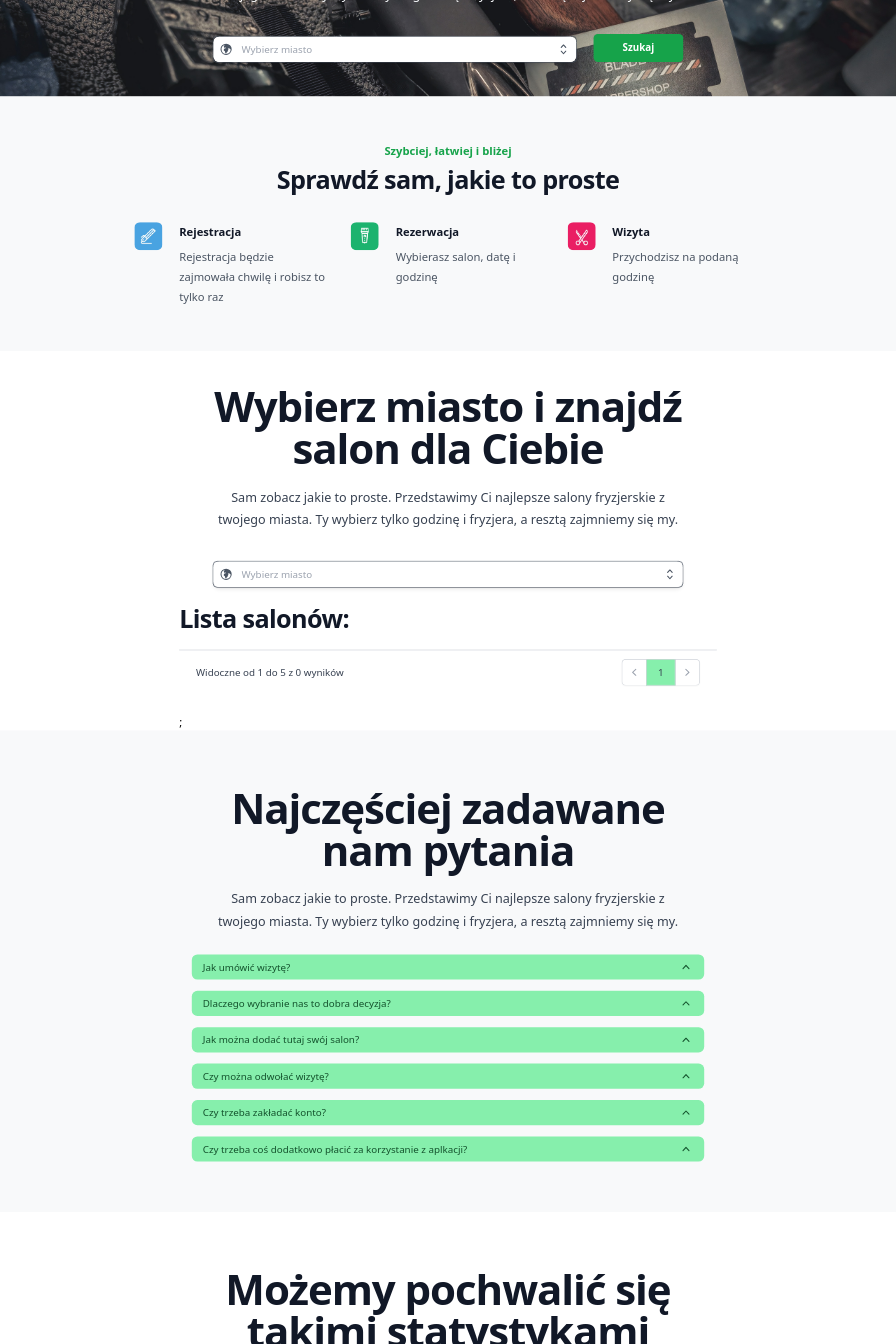
Repository: PrzemyslawJura/my-app
Page: / (app in frontend/)
The author's editor kept a copy of each file at every save. The page is drawn from the files as they stood at one save, then again after the next save.
The browser window is 1280 px wide. The pictures show the part of the page from y = 328 to 2248 px (the page is 2721 px tall), at 70% of full size.
The page's requests for data from a server got no answer. The project was rebuilt for these pictures with package versions that can differ from the ones it lists, and the page was loaded fresh each time. No one was signed in, and anything a server would have sent is missing. Also part of the build but not shown: frontend/src/home/Listbox.jsx, frontend/src/home/StepOne.jsx, frontend/src/home/StepTwo.jsx, frontend/src/home/SalonOffer.jsx, frontend/src/components/Calendar.jsx, frontend/src/components/Tabs.jsx, frontend/src/biznes/CalendarOfWork.jsx, frontend/src/components/CarouselDefault.jsx and 15 more.

Above is the page before, as saved 2023-11-21 19:46:04.

### frontend/src/index.css
@tailwind base;
html {
  scroll-behavior: smooth;
}

@tailwind components;
@tailwind utilities;

### frontend/src/core/App.jsx
import BrowserRoutes from "./BrowserRoutes"
import FooterWithLogo from "./Footer"
import NavbarBiznes from "./NavbarBiznes";
import NavbarHome from "./NavbarHome";



export default function App() {
  let navigationBar = <NavbarHome/>
  function userIsLogin(user)
  {
    if (user == true) navigationBar = <NavbarBiznes/>
    else navigationBar = <NavbarHome/>
  }
  return (
    <>
      {userIsLogin(false)}
      {navigationBar}
      <BrowserRoutes/>
      <FooterWithLogo/>
    </>
  )
}

### frontend/src/core/BrowserRoutes.jsx
import Home from "../home/Home"
import CalendarOfWork from "../biznes/CalendarOfWork"
import SalonPage from "../biznes/SalonPage"
import Workers from "../biznes/Workers"
import Services from "../biznes/Services"
import { Route, Routes } from "react-router-dom"
import NavbarBiznes from "./NavbarBiznes"

export default function BrowserRoutes() {
  return (
      <Routes>
        <Route path="/" element={<Home/>}/>
        <Route path="/stronasalonu" element={<SalonPage/>}/>
        <Route path="/pracownicy" element={<Workers/>}/>
        <Route path="/kalendarz" element={<CalendarOfWork/>}/>
        <Route path="/oferta" element={<Services/>}/>
      </Routes>
  )
}

### frontend/src/core/Footer.jsx
import { Typography } from "@material-tailwind/react";

export default function FooterWithLogo() {
  return (
    <footer id="footer" className="w-full p-8 bg-slate-100">
      <div className="flex flex-row flex-wrap items-center justify-center gap-y-6 gap-x-12 text-center md:justify-between">
      <img
        className="h-8 w-auto"
        src="https://tailwindui.com/img/logos/mark.svg?color=green&shade=600"
        alt=""
      />
        <ul className="flex flex-wrap items-center gap-y-2 gap-x-8">
          <li>
            <Typography
              as="a"
              href="#"
              color="blue-gray"
              className="font-normal transition-colors hover:text-blue-500 focus:text-blue-500"
            >
              About Us
            </Typography>
          </li>
          <li>
            <Typography
              as="a"
              href="#"
              color="blue-gray"
              className="font-normal transition-colors hover:text-blue-500 focus:text-blue-500"
            >
              License
            </Typography>
          </li>
          <li>
            <Typography
              as="a"
              href="#"
              color="blue-gray"
              className="font-normal transition-colors hover:text-blue-500 focus:text-blue-500"
            >
              Contribute
            </Typography>
          </li>
          <li>
            <Typography
              as="a"
              href="#"
              color="blue-gray"
              className="font-normal transition-colors hover:text-blue-500 focus:text-blue-500"
            >
              Contact Us
            </Typography>
          </li>
        </ul>
      </div>
      <hr className="my-8 border-blue-gray-50" />
      <Typography color="blue-gray" className="text-center font-normal">
        &copy; 2023 Material Tailwind
      </Typography>
    </footer>
  );
}

### frontend/src/core/NavbarHome.jsx
import { useState } from 'react'
import { Dialog } from '@headlessui/react'
import { Bars3Icon, XMarkIcon } from '@heroicons/react/24/outline'
import Login from '../home/Login'
import ForgetPass from '../home/ForgetPass'
import SigninChose from '../home/SigninChose'
import SigninPerson from '../home/SigninPerson'
import SigninBiznes from '../home/Signinbiznes'


const navigation = [
    { name: 'Strona główna', href: '#' },
    { name: 'Nasze salony', href: '#salons' },
    { name: 'Kontakt', href: '#footer' }
  ]

export default function NavbarHome() {
    const [mobileMenuOpen, setMobileMenuOpen] = useState(false)
    const [isShown, setIsShown] = useState(0);

    return (
<header className="absolute inset-x-0 top-0 z-50">
<nav className="flex items-center justify-between p-6 lg:px-8" aria-label="Global">
  <div className="flex lg:flex-1">
    <a href="#" className="-m-1.5 p-1.5">
      <span className="sr-only">Logo</span>
      <img
        className="h-8 w-auto"
        src="https://tailwindui.com/img/logos/mark.svg?color=green&shade=600"
        alt=""
      />
    </a>
  </div>
  <div className="flex lg:hidden">
    <button
      type="button"
      className="-m-2.5 inline-flex items-center justify-center rounded-md p-2.5 text-white"
      onClick={() => setMobileMenuOpen(true)}
    >
      <span className="sr-only">Otwórz pasek menu</span>
      <Bars3Icon className="h-6 w-6" aria-hidden="true" />
    </button>
  </div>
  <div className="hidden lg:flex lg:gap-x-12">
    {navigation.map((item) => (
      <a key={item.name} href={item.href} className="text-sm font-bold leading-6 text-white">
        {item.name}
      </a>
    ))}
  </div>
  <div onClick={() => setIsShown(1)} className="hidden lg:flex lg:flex-1 lg:justify-end">
    <a className="cursor-pointer text-sm font-bold leading-6 text-white">
      Logowanie / Rejestracja <span aria-hidden="true">&rarr;</span>
    </a>
  </div>
</nav>
<Dialog as="div" className="lg:hidden" open={mobileMenuOpen} onClose={setMobileMenuOpen}>
  <div className="fixed inset-0 z-50" />
  <Dialog.Panel className="fixed inset-y-0 right-0 z-50 w-full overflow-y-auto bg-white px-6 py-6 sm:max-w-sm sm:ring-1 sm:ring-gray-900/10">
    <div className="flex items-center justify-between">
      <a href="#" className="-m-1.5 p-1.5">
        <span className="sr-only">Logo</span>
        <img
          className="h-8 w-auto"
          src="https://tailwindui.com/img/logos/mark.svg?color=indigo&shade=600"
          alt=""
        />
      </a>
      <button
        type="button"
        className="-m-2.5 rounded-md p-2.5 text-gray-700"
        onClick={() => setMobileMenuOpen(false)}
      >
        <span className="sr-only">Zamknij menu</span>
        <XMarkIcon className="h-6 w-6" aria-hidden="true" />
      </button>
    </div>
    <div className="mt-6 flow-root">
      <div className="-my-6 divide-y divide-gray-500/10">
        <div className="space-y-2 py-6">
          {navigation.map((item) => (
            <a
              key={item.name}
              href={item.href}
              className="-mx-3 block rounded-lg px-3 py-2 text-base font-semibold leading-7 text-gray-900 hover:bg-gray-50"
            >
              {item.name}
            </a>
          ))}
        </div>
        <div className="py-6">
          <a
            className="-mx-3 block rounded-lg px-3 py-2.5 text-base font-semibold leading-7 text-gray-900 hover:bg-gray-50"
          >
            Logowanie / Rejestracja
          </a>
        </div>
      </div>
    </div>
  </Dialog.Panel>
</Dialog>


{isShown == 1 && <Login setIsShown={setIsShown} />}
{isShown == 2 && <ForgetPass setIsShown={setIsShown} />}
{isShown == 3 && <SigninChose setIsShown={setIsShown} />}
{isShown == 4 && <SigninPerson setIsShown={setIsShown} />}
{isShown == 5 && <SigninBiznes setIsShown={setIsShown} />}

</header>
    )}

### frontend/src/home/Home.jsx
import Location from '../components/Location'
import Feature from './Feature'
import ListOfSalons from './ListOfSalons'
import Faq from './Faq'
import Stats from './Stats'
import MainButton from '../shared_np_buttony_inputy_kalendarze_itp/MainButton'
import TitleAndParagraph from '../shared_np_buttony_inputy_kalendarze_itp/TitleAndParagraph'
import { useState } from 'react'

const mainTitle = 'Łączymy salony fryzjerskie z całej polski';
const mainParagraph = 'Sam zobacz jakie to proste. Przedstawimy Ci najlepsze salony fryzjerskie z twojego miasta. Ty wybierz tylko godzinę i fryzjera, a resztą zajmniemy się my.';
const searchTitle = 'Wybierz miasto i znajdź salon dla Ciebie';
const searchParagraph = 'Sam zobacz jakie to proste. Przedstawimy Ci najlepsze salony fryzjerskie z twojego miasta. Ty wybierz tylko godzinę i fryzjera, a resztą zajmniemy się my.';


export default function Home() {
  const [search, setSearch] = useState("");
  return (
    <>
      <div className='min-h-screen bg-bgGray'>
        <div className="relative isolate bg-main-image bg-cover">
          <div className="mx-auto max-w-2xl pt-20 lg:pt-32 pb-12 text-center">
            <TitleAndParagraph title = {mainTitle} paragraph={mainParagraph} h1Color="text-white" pColor="text-slate-50"/>
            <div className="mt-10 flex items-center justify-center gap-x-6">
              <Location setSearch={setSearch} search={search}></Location>
              <a href="#salons">
                <MainButton text="Szukaj"/>
              </a>
            </div>
          </div>
        </div>
        <Feature></Feature>
      </div>

      <div id="salons" className="mx-auto max-w-2xl pt-10 lg:pt-12 pb-4 text-center">
        <TitleAndParagraph title = {searchTitle} paragraph={searchParagraph} h1Color="text-gray-900" pColor="text-gray-700"/>
        <div className="mt-10 flex items-center justify-center gap-x-6">
          <Location setSearch={setSearch}  search={search}></Location>
          {/*<MainButton text="Szukaj"/>*/}
        </div>
      </div>

      <div className='w:4/5 lg:w-3/5 m-auto'>
        <ListOfSalons search={search}/>
      </div>

      <Faq></Faq>
      <Stats></Stats>
    </>
  )
}

### frontend/src/home/Feature.jsx
import stepone from '../assets/stepone.jpg'
import steptwo from '../assets/steptwo.jpg'
import stepthree from '../assets/stepthree.jpg'

const features = [


  {
    name: 'Rejestracja',
    description:
      'Rejestracja będzie zajmowała chwilę i robisz to tylko raz',
    icon: stepone,
  },
  {
    name: 'Rezerwacja',
    description:
      'Wybierasz salon, datę i godzinę',
    icon: steptwo,
  },
  {
    name: 'Wizyta',
    description:
      'Przychodzisz na podaną godzinę',
    icon: stepthree,
  },
]

export default function Feature() {
  return (
    <div className="py-8 lg:py-16">
      <div className="mx-auto max-w-7xl px-6 lg:px-8">
        <div className="mx-auto max-w-xl lg:text-center">
          <h2 className="text-base font-semibold leading-7 text-green-600">Szybciej, łatwiej i bliżej</h2>
          <p className="mt-2 text-3xl font-bold tracking-tight text-gray-900 sm:text-4xl">
            Sprawdź sam, jakie to proste
          </p>
        </div>
        <div className="mx-auto mt-10 max-w-2xl lg:max-w-4xl">
          <dl className="grid max-w-2xl grid-cols-1 gap-x-8 gap-y-10 lg:max-w-none lg:grid-cols-3 lg:gap-y-16">
            {features.map((feature) => (
              <div key={feature.name} className="relative pl-16">
                <dt className="text-base font-semibold leading-7 text-gray-900">
                  <div className="absolute left-0 top-0 flex h-10 w-10 items-center justify-center  ">
                      <img className='rounded-lg h-10 w-10' src={feature.icon}></img>
                  </div>
                  {feature.name}
                </dt>
                <dd className="mt-2 text-base leading-7 text-gray-600">{feature.description}</dd>
              </div>
            ))}
          </dl>
        </div>
      </div>
    </div>
  )
}

### frontend/src/home/ListOfSalons.jsx
import Pagination from './Pagination';
import SalonOffer from './SalonOffer';
import { useEffect, useState } from 'react';



  export default function ListOfSalons({search}) {
    const [result, setResolut] = useState(()=> {return 0});
    const [salons, setSalons] = useState([]);
    const [page, setPage] = useState(1);
    useEffect(() => {
      if (search == "")
      {
        setResolut(salons.length)
      }
      else
      {
        console.log(search)
        setResolut((salons.filter(item=>item.address.city.cityName.includes(search.cityName)).length))
      }

      console.log(result)
    })
    const searchCity = ()=>
    {
        if (search == "")
        {
          console.log(salons.filter(item=>item.address.city.cityName.includes("")));
          return salons.filter(item=>item.address.city.cityName.includes(""))
        }
        console.log("page"+page);
        return salons.filter(item=>item.address.city.cityName.includes(search.cityName));
    }

    useEffect(() => {
      fetch('https://localhost:7230/Salons')
        .then((res) => res.json())
        .then((result) => {
          setSalons(result);
          console.log(result)
        });
    }, [])

    return (
      <>
        <div className="flex items-baseline justify-between border-b border-gray-200 pb-6">
          <h1 className="text-4xl font-bold tracking-tight text-gray-900 mt-2">Lista salonów:</h1>
            <div className="flex items-center">
             {/* <Dropdown title="Sortuj" options={sortOptions}/>*/}
            </div>
        </div>
        <ul role="list" className="divide-y divide-gray-100">
          {searchCity(salons).slice(5*page-5,5*page).map((person) => (
            <li key={person.id} className="flex justify-between gap-x-6 py-5">
              <SalonOffer person={person} />
            </li>
          ))}
        </ul>
        <Pagination result={result} setPage={setPage} page={page}></Pagination>
        {console.log("page"+page)};
      </>
    )
  }

### frontend/src/home/Faq.jsx
import { Disclosure } from '@headlessui/react'
import { ChevronUpIcon } from '@heroicons/react/20/solid'

const questions = [
    {
        question: "Jak umówić wizytę?",
        answer: "To takie proste",
    },
    {
        question: "Dlaczego wybranie nas to dobra decyzja?",
        answer: "To takie prost",
    },
    {
        question: "Jak można dodać tutaj swój salon?",
        answer: "To takie prost",
    },
    {
        question: "Czy można odwołać wizytę?",
        answer: "To takie prost",
    },
    {
        question: "Czy trzeba zakładać konto?",
        answer: "To takie prost",
    },
    {
        question: "Czy trzeba coś dodatkowo płacić za korzystanie z aplkacji?",
        answer: "To takie prost",
    },
]

export default function Faq() {
  return (
    <div className="w-full px-4 pt-6 pb-12 bg-bgGray">
      <div className="mx-auto w-3/5 rounded-2xl p-2">

      <div className="mx-auto max-w-2xl pt-10 lg:pt-12 pb-4">
          <div className="text-center">
            <h1 className="text-4xl font-bold tracking-tight text-gray-900 sm:text-6xl">
              Najczęściej zadawane nam pytania
            </h1>
            <p className="mt-6 text-lg leading-8 text-gray-700">
              Sam zobacz jakie to proste. Przedstawimy Ci najlepsze salony fryzjerskie z twojego miasta.
              Ty wybierz tylko godzinę i fryzjera, a resztą zajmniemy się my.
            </p>
            </div>
        </div>


        {questions.map((q) =>(
            <Disclosure>
            {({ open }) => (
                <>
                <Disclosure.Button className="my-4 flex w-full justify-between rounded-lg bg-green-300 px-4 py-2 text-left text-sm font-medium text-green-900 hover:bg-green-400 focus:outline-none focus-visible:ring focus-visible:ring-green-500 focus-visible:ring-opacity-75">
                    <span>{q.question}</span>
                    <ChevronUpIcon
                    className={`${
                        open ? 'rotate-180 transform' : ''
                    } h-5 w-5 text-grren-500`}
                    />
                </Disclosure.Button>
                <Disclosure.Panel className="px-4 pt-4 pb-2 text-sm text-gray-600">
                    {q.answer}
                </Disclosure.Panel>
                </>
            )}
            </Disclosure>
        ))}
      </div>
    </div>
  )
}

### frontend/src/home/Stats.jsx
const stats = [


    { id: 1, name: 'Liczba salonów w Polsce', value: '44 million' },
    { id: 2, name: 'Liczba umówionych wizyt', value: '119 trillion' },
    { id: 3, name: 'Nowych użytkowników', value: '46,000' },
  ]

  export default function Stats() {
    return (
      <div className="bg-white py-20">

        <div className="mx-auto max-w-2xl pb-4">
          <div className="text-center">
            <h1 className="text-4xl font-bold tracking-tight text-gray-900 sm:text-6xl">
              Możemy pochwalić się takimi statystykami
            </h1>
            <p className="mt-6 text-lg leading-8 text-gray-700">
              Sam zobacz jakie to proste. Przedstawimy Ci najlepsze salony fryzjerskie z twojego miasta.
              Ty wybierz tylko godzinę i fryzjera, a resztą zajmniemy się my.
            </p>
            </div>
        </div>

        <div className="mx-auto max-w-7xl px-6 lg:px-8">
          <dl className="grid grid-cols-1 gap-x-8 gap-y-16 text-center lg:grid-cols-3">
            {stats.map((stat) => (
              <div key={stat.id} className="mx-auto flex max-w-xs flex-col gap-y-4">
                <dt className="text-base leading-7 text-gray-600">{stat.name}</dt>
                <dd className="order-first text-3xl font-semibold tracking-tight text-gray-900 sm:text-5xl">
                  {stat.value}
                </dd>
              </div>
            ))}
          </dl>
        </div>
      </div>
    )
  }

### frontend/src/shared_np_buttony_inputy_kalendarze_itp/MainButton.jsx
export default function MainButton({text}) {
    return (
        <button
        type="submit"
        className="w-20 sm:w-32 flex-none rounded-md bg-green-600 px-3.5 py-2.5 text-sm font-semibold max-h-10 my-auto
                   text-white shadow-sm hover:bg-green-400 focus-visible:outline focus-visible:outline-2
                   focus-visible:outline-offset-2 focus-visible:outline-indigo-500"
        >
        {text}
        </button>
    )}

### frontend/src/shared_np_buttony_inputy_kalendarze_itp/TitleAndParagraph.jsx
export default function TitleAndParagraph({title, paragraph, h1Color, pColor}) {
    return (
        <>
            <h1 className={"text-4xl font-bold tracking-tight sm:text-6xl " + h1Color}>
                {title}
            </h1>
            <p className={"mt-6 text-lg leading-8 " + pColor}>
                {paragraph}
            </p>
        </>
    )}

### frontend/src/home/Pagination.jsx
import { ChevronLeftIcon, ChevronRightIcon } from '@heroicons/react/20/solid'
import PaginationTile from '../shared_np_buttony_inputy_kalendarze_itp/PaginationTile'
import { useState } from 'react'

export default function Pagination({result, setPage, page}) {
  const [ count, setCount ] =useState([])
  function paginationCount(result)
  {
    result=(result+5)/5
    for (let x = 1; x <= result; x++)
    {
      count.push(x)
      console.log(x)
    }
  }

  function paginationCountRemover(result)
  {
    result=(result+5)/5
    for (let x = 1; x <= result; x++)
    {
      count.pop(x)
    }
  }

  return (
    <div className="flex items-center justify-between border-t border-gray-200 bg-white px-4 pt-3 pb-10 sm:px-6">
      {paginationCount(result)}
      <div className="flex flex-1 justify-between sm:hidden">
        <PaginationTile title="Poprzednie" rounded="rounded-md"/>
        <PaginationTile title="Następny" rounded="rounded-md"/>
      </div>
      <div className="hidden sm:flex sm:flex-1 sm:items-center sm:justify-between">
        <div>
          <p className="text-sm text-gray-700">
            Widoczne od <span className="font-medium">1</span> do <span className="font-medium">5</span> z{' '}
            <span className="font-medium">{result}</span> wyników
          </p>
        </div>
        <nav className=" inline-flex -space-x-px rounded-md shadow-sm" aria-label="Pagination">
            <a
              onClick={page > 1 ? () => setPage((prev)=>prev-1) : () => setPage(1)}
              className="inline-flex items-center rounded-l-md px-2 py-2 text-gray-400 ring-1 ring-inset ring-gray-300 hover:bg-gray-100 focus:z-20 focus:outline-offset-0"
            >
              <span className="sr-only">Poprzedni</span>
              <ChevronLeftIcon className="h-5 w-5" aria-hidden="true" />
            </a>
            {count.map((item) =>(
              <PaginationTile title={item} rounded="" setPage={setPage}/>
            ))}

            <a
              onClick={page < count.length ? () => setPage((prev)=>prev+1) : console.log()}
              className="inline-flex items-center rounded-r-md px-2 py-2 text-gray-400 ring-1 ring-inset ring-gray-300 hover:bg-gray-100 focus:z-20 focus:outline-offset-0"
            >
              <span className="sr-only">Następna</span>
              <ChevronRightIcon className="h-5 w-5" aria-hidden="true" />
            </a>
          </nav>
      </div>
      {paginationCountRemover(result)}
    </div>
  )
}

### frontend/src/shared_np_buttony_inputy_kalendarze_itp/PaginationTile.jsx
import { useEffect, useState } from 'react'

export default function PaginationTile({title, rounded, setPage}) {
  const [ active, setActive ] =useState("")
  useEffect(()=>{
		setActive(" bg-green-300");
	}, [])

    return (
      <>
          <a
            onClick={() => setPage(title)}
            className={"cursor-pointer inline-flex items-center border border-gray-300 px-4 py-2 text-sm font-medium text-gray-700 hover:bg-gray-100 "
             + rounded + active}
          >
            {title}
          </a>
      </>
    )}

Loaded but not shown: frontend/public/index.html (common file); frontend/src/reportWebVitals.js (common file); frontend/src/index.js (20 lines, source omitted); frontend/tailwind.config.js (19 lines, source omitted); frontend/src/components/Location.jsx (102 lines, source omitted)

After the next save:
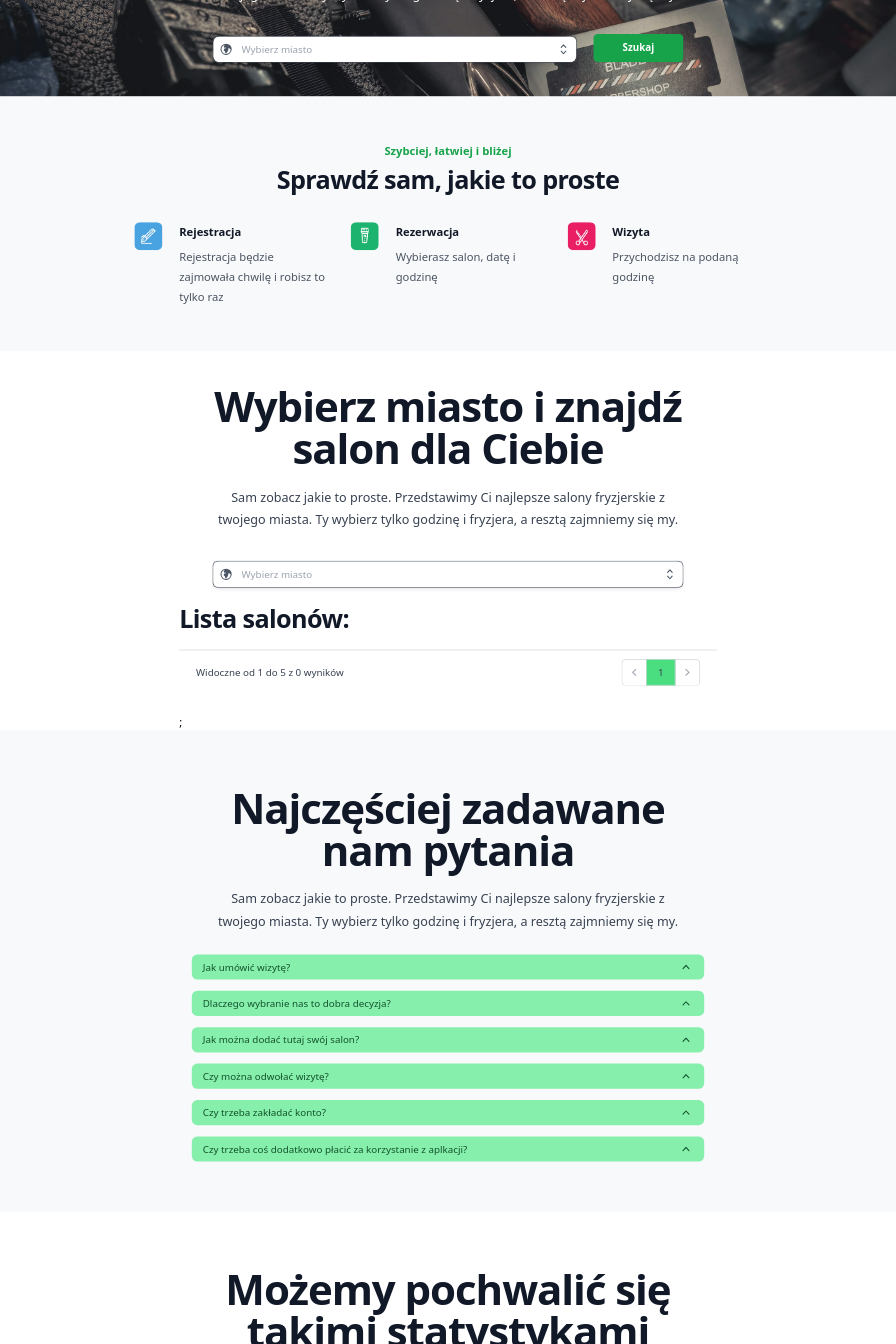
Saved 8 s later.
--- a/frontend/src/shared_np_buttony_inputy_kalendarze_itp/PaginationTile.jsx
+++ b/frontend/src/shared_np_buttony_inputy_kalendarze_itp/PaginationTile.jsx
@@ -3,7 +3,7 @@ import { useEffect, useState } from 'react'
 export default function PaginationTile({title, rounded, setPage}) {
   const [ active, setActive ] =useState("")
   useEffect(()=>{
-		setActive(" bg-green-300");
+		setActive(" bg-green-400");
 	}, [])
 
     return (
